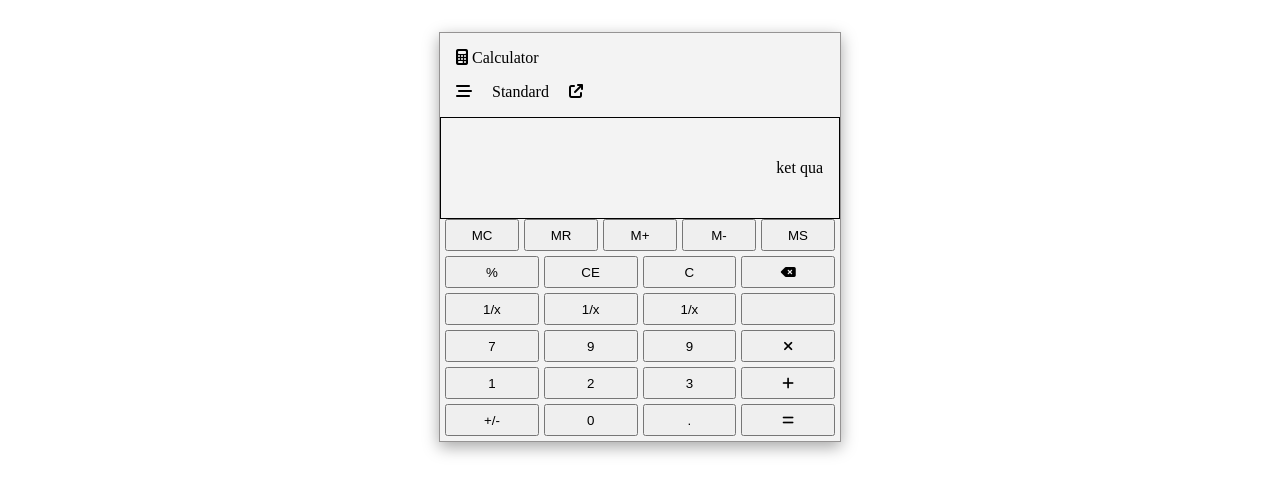
Repository: tungts3qb/Javascript
Page: Calculator/Calculator.html
An editor plug-in stored every save of this project. The page is shown before and after the next save, followed by the edit.
The browser window is 1280 px wide. The pictures show the whole page.

Above is the page before, as saved 2022-12-26 17:23:35.

### Calculator/Calculator.html
<!DOCTYPE html>
<html lang="en">
  <head>
    <meta charset="UTF-8" />
    <meta http-equiv="X-UA-Compatible" content="IE=edge" />
    <meta name="viewport" content="width=device-width, initial-scale=1.0" />
    <link rel="stylesheet" href="./style.css" />
    <link
      rel="stylesheet"
      href="https://cdnjs.cloudflare.com/ajax/libs/font-awesome/6.2.1/css/all.min.css"
      integrity="sha512-MV7K8+y+gLIBoVD59lQIYicR65iaqukzvf/nwasF0nqhPay5w/9lJmVM2hMDcnK1OnMGCdVK+iQrJ7lzPJQd1w=="
      crossorigin="anonymous"
      referrerpolicy="no-referrer"
    />
    <title>Calculator</title>
  </head>
  <body>
    <div class="calculator">
      <div class="calculator-header">
        <i class="fa-solid fa-calculator"></i>
        <span>Calculator</span>
      </div>
      <div class="calculator-nav">
        <i class="fa-solid fa-bars-staggered"></i>
        <span>Standard</span>
        <i class="fa-solid fa-arrow-up-right-from-square"></i>
      </div>
      <div class="caculator-result"><span>ket qua</span></div>
      <div class="calculator-special-function">
        <ul>
          <li><button class="btn-special-fun">MC</button></li>
          <li><button class="btn-special-fun">MR</button></li>
          <li><button class="btn-special-fun">M+</button></li>
          <li><button class="btn-special-fun">M-</button></li>
          <li><button class="btn-special-fun">MS</button></li>
        </ul>
      </div>
      <div class="calculator-buttons">
        <button class="calculator-button">%</button>
        <button class="calculator-button">CE</button>
        <button class="calculator-button">C</button>
        <button class="calculator-button">
          <i class="fa-solid fa-delete-left"></i>
        </button>
        <button class="calculator-button">1/x</button>
        <button class="calculator-button">1/x</button>
        <button class="calculator-button">1/x</button>
        <button class="calculator-button">
          <i class="fas fa-buttonide"></i>
        </button>
        <button class="calculator-button">7</button>
        <button class="calculator-button">9</button>
        <button class="calculator-button">9</button>
        <button class="calculator-button"><i class="fas fa-times"></i></button>
        <button class="calculator-button">1</button>
        <button class="calculator-button">2</button>
        <button class="calculator-button">3</button>
        <button class="calculator-button"><i class="fas fa-plus"></i></button>
        <button class="calculator-button">+/-</button>
        <button class="calculator-button">0</button>
        <button class="calculator-button">.</button>
        <button class="calculator-button"><i class="fas fa-equals"></i></button>
      </div>
    </div>
    <script src="./script.js"></script>
  </body>
</html>

### Calculator/style.css
.calculator {
  width: 400px;
  height: auto;
  border: 1px solid rgb(149, 147, 147);
  margin: 2rem auto;
  background-color: #f3f3f3;
  box-shadow: rgba(0, 0, 0, 0.35) 0px 5px 15px;
}

.calculator-header {
  margin-top: 1rem;
  padding-left: 1rem;
}

.calculator-nav {
  padding-left: 1rem;
  margin-top: 1rem;
}

.calculator-nav span {
  margin-left: 1rem;
  margin-right: 1rem;
}

.caculator-result {
  border: 1px solid black;
  margin-top: 1rem;
  height: 100px;
  display: flex;
  justify-content: flex-end;
  align-items: center;
}

.caculator-result span {
  display: block;
  margin-right: 1rem;
}

.calculator-special-function ul {
  width: 100%;
  padding-left: 0;
  list-style: none;
  display: flex;
  margin-top: 0;
  justify-content: space-between;
  align-items: center;
  margin-left: 0;
  gap: 5px;
  margin-bottom: 5px;
}

.calculator-special-function li {
  height: 2rem;
  width: calc((100% / 5));
  /* padding: ; */
}

.calculator-special-function li:first-child {
  margin-left: 5px;
}
.calculator-special-function li:last-child {
  margin-right: 5px;
}

.btn-special-fun {
  height: 100%;
  width: 100%;
}

.calculator-buttons {
  display: grid;
  grid-template-columns: repeat(4, 1fr);
  grid-column-gap: 5px;
  grid-row-gap: 5px;
  padding-left: 5px;
  padding-right: 5px;
  margin-bottom: 5px;
}

.calculator-button {
  height: 2rem;
}

Loaded but not shown: Calculator/script.js (no stored copy; drawn as an empty file)

After the next save:
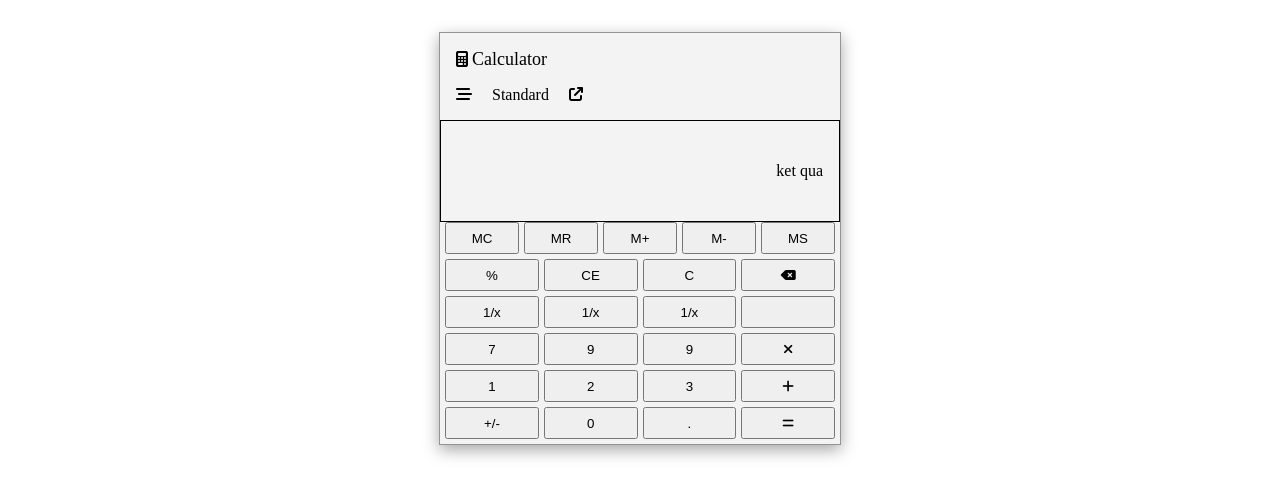
Saved 41 s later.
--- a/Calculator/style.css
+++ b/Calculator/style.css
@@ -10,6 +10,10 @@
 .calculator-header {
   margin-top: 1rem;
   padding-left: 1rem;
+}
+
+.calculator-header span {
+  font-size: 18px;
 }
 
 .calculator-nav {
